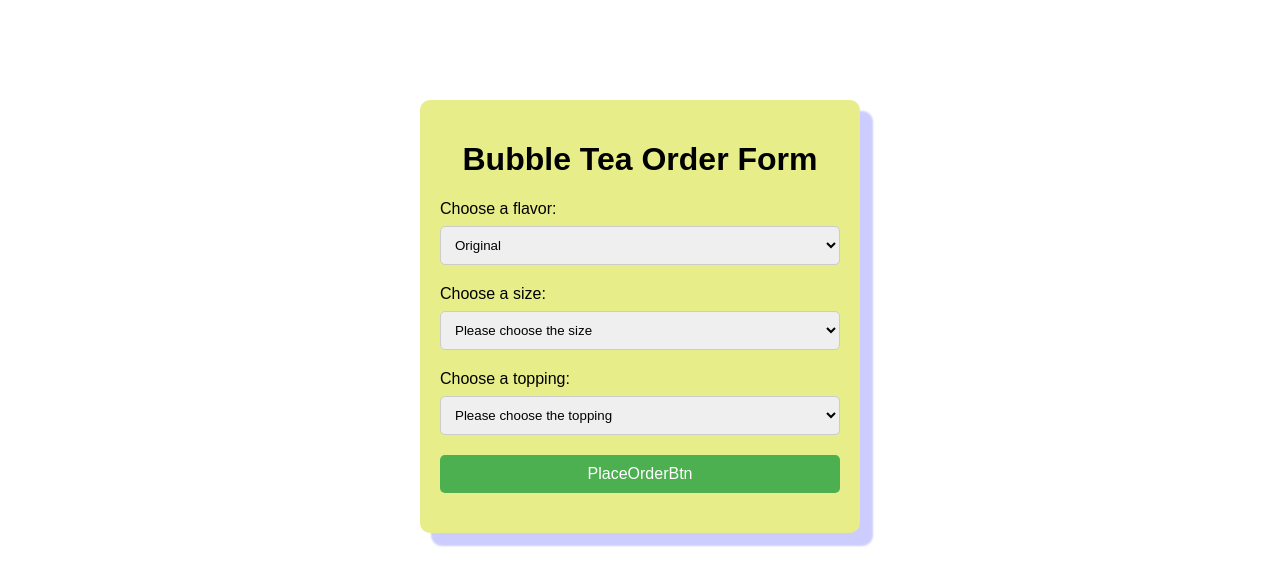
Repository: liulian26/CS5610
Page: lab3/index.html
An editor plug-in stored every save of this project. The page is shown before and after the next save, followed by the edit.
The browser window is 1280 px wide. The pictures show the whole page.
The pointer rests on the first visible `button`.

Above is the page before, as saved 2025-01-30 20:31:36.

### lab3/index.html
<!DOCTYPE html>
<html lang="en">
  <head>
    <meta charset="utf-8" />
    <title>Bubble Tea ordering system</title>
    <link rel="stylesheet" href="css/styles.css" />
    <script defer src="js/script.js"></script>
  </head>

  <body>
    <main>
      <form id="bubbleTeaForm">
        <h1>Bubble Tea Order Form</h1>

        <!--- choose a flavor -->
        <label for="flavor">Choose a flavor:</label>
        <select id="flavor">
          <option value="original">Original</option>
          <option value="mango">Mango</option>
          <option value="strawberry">Strawberry</option>
        </select>

        <!--- choose a size -->
        <label for="size">Choose a size:</label>
        <select id = "size">
        <option value="" disabled selected>Please choose the size</option>
          <option value="small">Small</option>
          <option value="medium">Medium</option>
          <option value="large">Large</option>
        </select>

        <!--- choose a topping -->
        <label for="topping">Choose a topping:</label>
        <select id="topping" mutiple>
            <option value="" disabled selected>Please choose the topping</option>
            <option value="boba">Boba</option>
            <option value="jelly">Jelly</option>
            <option value="pudding">Pudding</option>
        </select>

        <!-- submit the order-->
        <button type="Place Order">PlaceOrderBtn</button>

      </form>
    </main>
  </body>
</html>

### lab3/css/styles.css
body{
    background-color: white;
    font-family: Arial, sans-serif;
    text-align: center;
}

form{
    background-color: #e6ed89;
    max-width: 400px;
    border-radius: 10px;
    box-shadow: 12px 12px 2px 1px rgba(0, 0, 255, .2);
    padding: 20px;
    margin: 100px auto;
}

label{
    display: block;
    margin-bottom: 8px;
    text-align: left;
}

select, button {
    width: 100%;
    padding: 10px;
    margin-bottom: 20px;
    border-radius: 5px;
    border: 1px solid #ccc;
}

button{
    background-color: #4CAF50;
    color: white;
    border: none;
    cursor: pointer;
    font-size: 16px;
}

### week4/js/script.js
// let user;
// do{let user = prompt("What is your name?");
// } while (isNaN(user) === false || user.length === 1);

// console.log(typeof user);

let students = [
    {
        name: "Cristian",
        age: 30,
        location: "Vancouver"
     },
     {
        name: "James",
        age: 40,
        location: "Toronto"
     },
     {
        name: "Garry",
        age: 20,
        location: "Vancouver"
     },
];

// function that student is in Vancouver
function findstudentinvancouver() {
    let vancouverStudents = [];
    for(let i = 0; i < students.length; i++){
        if(students[i].location === "Vancouver"){
            // console.log student name lives in Vancouver
            console.log('${student[i].name} lives in  ${student[i].location}');
            vancouverStudents.push(students[i]);
            }
        }
        return vancouverStudents;
}

const returnedArray = findstudentinvancouver();
console.log(returnedArray);

After the next save:
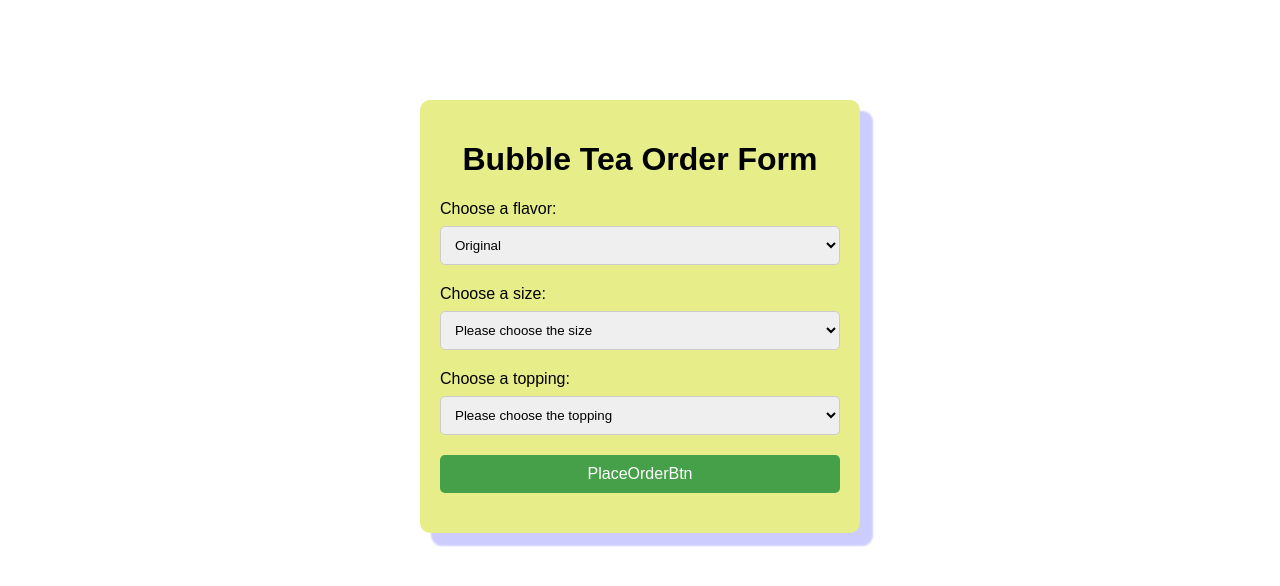
Saved 31 s later.
--- a/lab3/css/styles.css
+++ b/lab3/css/styles.css
@@ -34,3 +34,7 @@ button{
     cursor: pointer;
     font-size: 16px;
 }
+
+button:hover{
+    background-color: #45a049;
+}
